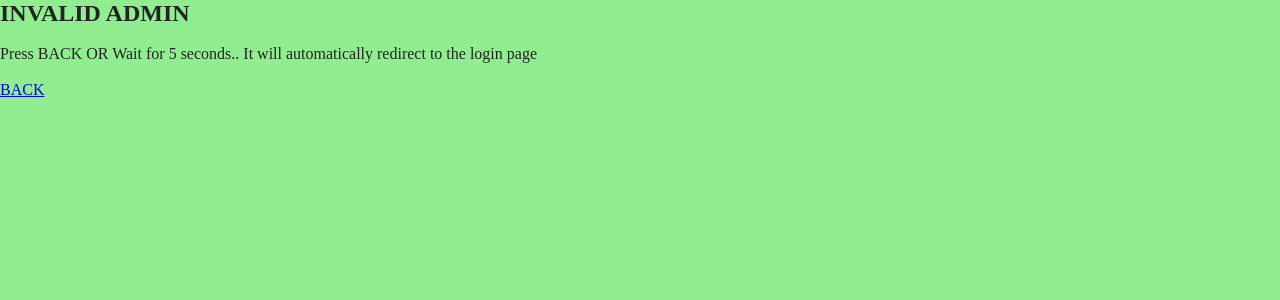
Repository: subhamsourabh265/collegeProjects
Page: http://localhost/OnlineBankingSystems/admlog1.jsp
These files come from the project's save history. The page is drawn as it stood at one moment and after the next save; the edit follows.
The browser window is 1280 px wide. The pictures show the whole page.
The page is served by Tomcat 9. Queries for data that is not in the repository find no rows.

Above is the page before, as saved 2015-12-01 12:32:11.

After the next save:
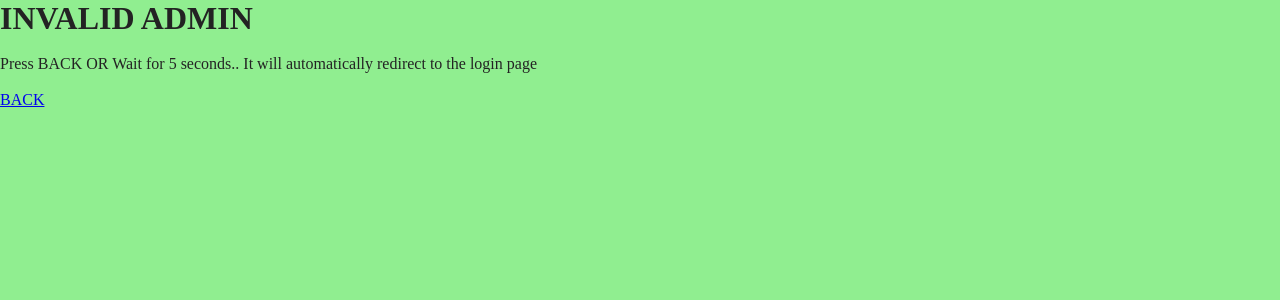
Saved 68 s later.
--- a/OnlineBankingSystems/WebContent/admlog1.jsp
+++ b/OnlineBankingSystems/WebContent/admlog1.jsp
@@ -39,7 +39,7 @@
 else
 	  {
 pw.println("<html><body text=\"red\">");
-		pw.println("<h2>INVALID  ADMIN</h2>");
+		pw.println("<h1>INVALID  ADMIN</h1>");
 		pw.println("<br>Press BACK OR Wait for 5 seconds.. It will automatically redirect to the login page");
   		//response.setHeader("Refresh","5;url=mylogin.html");
   		pw.println("<br><br><a href=\"mylogin.html\">BACK</a>");
